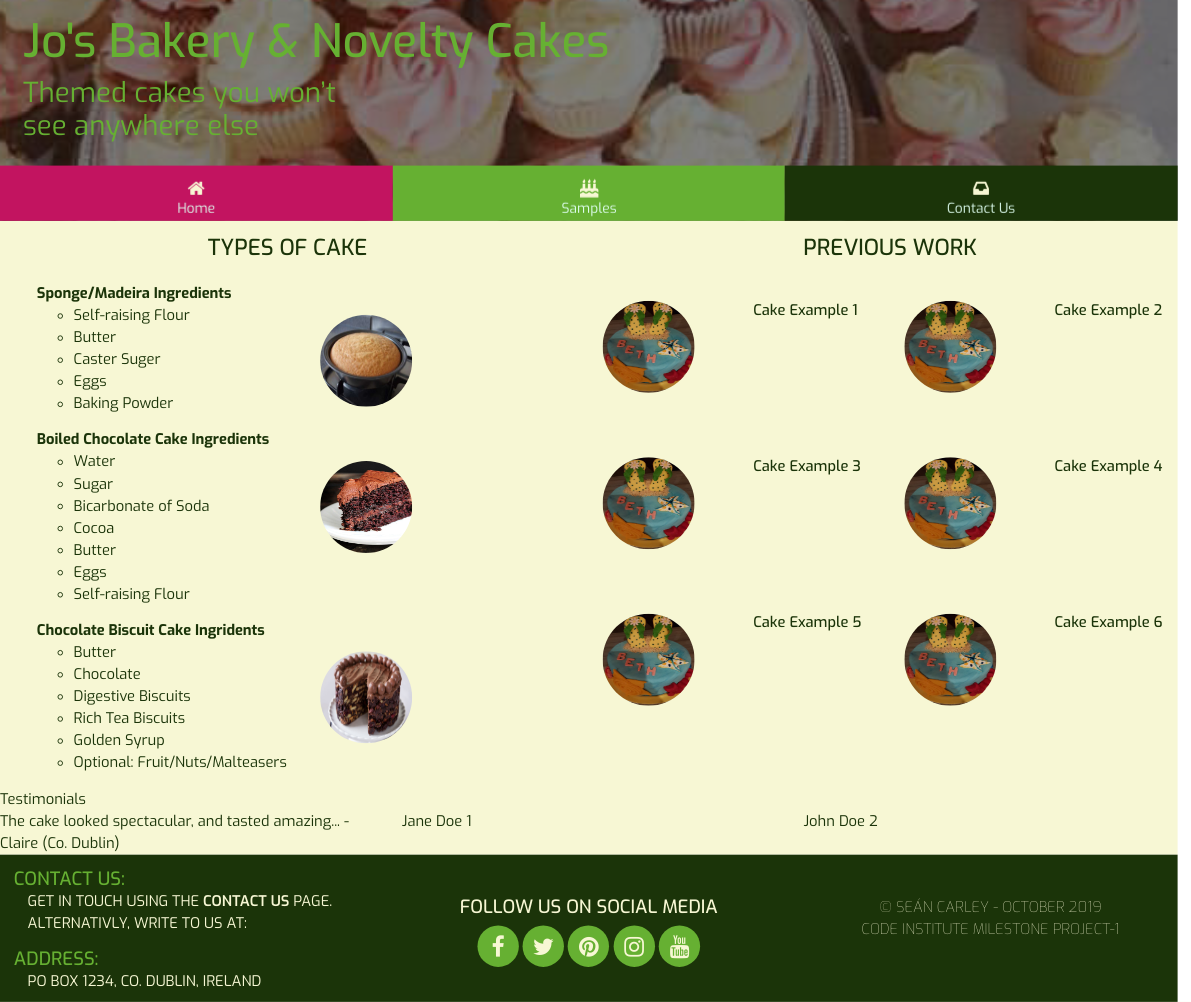
Repository: seanjcarley/Milestone1
Page: showcase.html
The author's editor kept a record of every edit. The page is drawn from the files as they stood at one moment, then again after the next edit.
The browser window is 1280 px wide. The page is 1295 px wide, so the pictures cover 1295 px, including what lies to the right of the window. The pictures show the whole page, at 92% of full size.

Above is the page before.
Console error: TypeError: Cannot read properties of undefined (reading 'fn')

### showcase.html
<!DOCTYPE html>
<html lang="en">

<head>
    <meta charset="UTF-8">
    <meta name="viewport" content="width=device-width, initial-scale=1.0 maximum-scale=1.0">
    <meta http-equiv="X-UA-Compatible" content="ie=edge">
    <link href="https://stackpath.bootstrapcdn.com/bootstrap/4.3.1/css/bootstrap.min.css" rel="stylesheet" integrity="sha384-ggOyR0iXCbMQv3Xipma34MD+dH/1fQ784/j6cY/iJTQUOhcWr7x9JvoRxT2MZw1T" crossorigin="anonymous">
    <script src="https://stackpath.bootstrapcdn.com/bootstrap/4.3.1/js/bootstrap.min.js" integrity="sha384-JjSmVgyd0p3pXB1rRibZUAYoIIy6OrQ6VrjIEaFf/nJGzIxFDsf4x0xIM+B07jRM" crossorigin="anonymous"></script>
    <script src="https://stackpath.bootstrapcdn.com/bootstrap/4.3.1/js/bootstrap.bundle.min.js" integrity="sha384-xrRywqdh3PHs8keKZN+8zzc5TX0GRTLCcmivcbNJWm2rs5C8PRhcEn3czEjhAO9o" crossorigin="anonymous"></script>
    <link href="https://stackpath.bootstrapcdn.com/font-awesome/4.7.0/css/font-awesome.min.css" rel="stylesheet" integrity="sha384-wvfXpqpZZVQGK6TAh5PVlGOfQNHSoD2xbE+QkPxCAFlNEevoEH3Sl0sibVcOQVnN" crossorigin="anonymous">
    <link rel="stylesheet" href="https://cdnjs.cloudflare.com/ajax/libs/hover.css/2.3.1/css/hover-min.css" type="text/css">
    <link rel="stylesheet" href="css/style.css">
    <title>Jo's Bakery and Novelty Cakes</title>
</head>

<body>
    <header class="container-fluid cake-image">
        <div class="opaque-overlay">&nbsp;</div>
        <div class="row no-gutters">
            <div class="col-12 page-header">
                <h1 class="name caps">Jo's Bakery & Novelty Cakes</h1>
                <h2 class="tag-line caps">Themed cakes you won’t<br/>see anywhere else</h2>
            </div>
        </div>
        <div class="row no-gutters">
            <div class="col">
                <ul id="nav" class="list-inline menucontainer">
                    <li class="col col-sm-4 menu-item-color-home list-inline-item menuitem">
                        <a class="hvr-sweep-to-right" href="index.html"><i class="fa fa-home" aria-hidden="true"></i><span>Home</span></a>
                    </li>
                    <li class="col col-sm-4 menu-item-color-samples list-inline-item menuitem">
                        <a class="hvr-sweep-to-right" href="showcase.html"><i class="fa fa-birthday-cake" aria-hidden="true"></i><span>Samples</span></a>
                    </li>
                    <li class="col col-sm-4 menu-item-color-contact list-inline-item menuitem">
                        <a class="hvr-sweep-to-right" href="contact.html"><i class="fa fa-inbox" aria-hidden="true"></i><span>Contact Us</span></a>
                    </li>
                </ul>
            </div>
        </div>
    </header>
    <section class="section-color">
        <div class="row">
            <div class="col-md-6 cake-types">
                <h4 class="types-header">Types of Cake</h4>
                <a href="#sponge" class="list-header mobile" data-toggle="modal">
                    Sponge/Madeira
                    <img src="images/sponge_maderia_cake.jpg" alt="Sponge-Cake" class="rounded-circle mr-3 mobile" height=100 width=100>
                </a>
                <a href="#boiled" class="list-header mobile" data-toggle="modal">
                    Boiled Chocolate Cake
                    <img src="images/boiled_choc_cake.jpg" alt="Boiled-Choc-Cake" class="rounded-circle mr-3 mobile" height=100 width=100>
                </a>
                <a href="#biscuit" class="list-header mobile" data-toggle="modal">
                    Chocolate Biscuit Cake
                    <img src="images/Choc_biscuit_cake.jpg" alt="Choc-Biscuit-Cake" class="rounded-circle mr-3 mobile" height=100 width=100>
                </a>
                <ul class="outer-list">
                    <li>
                        <div class="row list-row">
                            <div class="col-sm-6">
                                <a href="#sponge" class="list-header desktop" data-toggle="modal">Sponge/Madeira Ingredients</a>
                                <!--<button type="button" class="btn btn-primary" data-toggle="modal" data-target="#sponge">Sponge/Madeira Ingredients</button>-->
                                <ul class="desktop">
                                    <li>Self-raising Flour</li>
                                    <li>Butter</li>
                                    <li>Caster Suger</li>
                                    <li>Eggs</li>
                                    <li>Baking Powder</li>
                                </ul>
                            </div>
                            <div class="col-sm-6 type-image">
                                <img src="images/sponge_maderia_cake.jpg" alt="Sponge-Cake" class="rounded-circle mr-3 desktop" height=100 width=100>
                            </div>
                        </div>
                    </li>
                    <li>
                        <div class="row list-row">
                            <div class="col-sm-6">
                                <a href="#boiled" class="list-header desktop" data-toggle="modal">Boiled Chocolate Cake Ingredients</a>
                                <!--<button type="button" class="btn btn-secondary" data-toggle="modal" data-target="#boiled">Boiled Chocolate Cake Ingredients</button>-->
                                <ul class="desktop">
                                    <li>Water</li>
                                    <li>Sugar</li>
                                    <li>Bicarbonate of Soda</li>
                                    <li>Cocoa</li>
                                    <li>Butter</li>
                                    <li>Eggs</li>
                                    <li>Self-raising Flour</li>
                                </ul>
                            </div>
                            <div class="col-sm-6 type-image">
                                <img src="images/boiled_choc_cake.jpg" alt="Boiled-Choc-Cake" class="rounded-circle mr-3 desktop" height=100 width=100>
                            </div>
                        </div>
                    </li>
                    <li>
                        <div class="row list-row">
                            <div class="col-sm-6">
                                <a href="#biscuit" class="list-header desktop" data-toggle="modal">Chocolate Biscuit Cake Ingridents</a>
                                <!--<button type="button" class="btn btn-primary" data-toggle="modal" data-target="#biscuit">Chocolate Biscuit Cake Ingridents</button>-->
                                <ul class="desktop">
                                    <li>Butter</li>
                                    <li>Chocolate</li>
                                    <li>Digestive Biscuits</li>
                                    <li>Rich Tea Biscuits</li>
                                    <li>Golden Syrup</li>
                                    <li>Optional: Fruit/Nuts/Malteasers</li>
                                </ul>
                            </div>
                            <div class="col-sm-6 type-image">
                                <img src="images/Choc_biscuit_cake.jpg" alt="Choc-Biscuit-Cake" class="rounded-circle mr-3 desktop" height=100 width=100>
                            </div>
                        </div>
                    </li>
                </ul>
                </div>
                <div class="col-md-6 cake-images">
                    <div class="row">
                        <div class="col">
                            <!--Images-->
                            <h4 class="types-header">Previous Work</h4>
                        </div>
                    </div>
                    <div class="row cakes-prev">
                        <div class="col-md-3">
                            <img src="images/Kids-Bday-1.jpg" alt="Beach Cake" class="rounded-circle mr-3" height=100 width=100>
                        </div>
                        <div class="col-md-3">
                            <h6>Cake Example 1</h6>
                        </div>
                        <div class="col-md-3">
                            <img src="images/Kids-Bday-1.jpg" alt="Beach Cake" class="rounded-circle mr-3" height=100 width=100>
                        </div>
                        <div class="col-md-3">
                            <h6>Cake Example 2</h6>
                        </div>
                    </div>
                    <div class="row cakes-prev">
                        <div class="col-md-3">
                            <img src="images/Kids-Bday-1.jpg" alt="Beach Cake" class="rounded-circle mr-3" height=100 width=100>
                        </div>
                        <div class="col-md-3">
                            <h6>Cake Example 3</h6>
                        </div>
                        <div class="col-md-3">
                            <img src="images/Kids-Bday-1.jpg" alt="Beach Cake" class="rounded-circle mr-3" height=100 width=100>
                        </div>
                        <div class="col-md-3">
                            <h6>Cake Example 4</h6>
                        </div>
                    </div>
                    <div class="row cakes-prev">
                        <div class="col-md-3">
                            <img src="images/Kids-Bday-1.jpg" alt="Beach Cake" class="rounded-circle mr-3" height=100 width=100>
                        </div>
                        <div class="col-md-3">
                            <h6>Cake Example 5</h6>
                        </div>
                        <div class="col-md-3">
                            <img src="images/Kids-Bday-1.jpg" alt="Beach Cake" class="rounded-circle mr-3" height=100 width=100>
                        </div>
                        <div class="col-md-3">
                            <h6>Cake Example 6</h6>
                        </div>
                    </div>
                </div>
                </div>
                <div class="row">
                    <div class="col">Testimonials</div>
                </div>
                <div class="row">
                    <div class="col-md-4">
                        The cake looked spectacular, and tasted amazing... - Claire (Co. Dublin)
                    </div>
                    <div class="col-md-4">
                        Jane Doe 1
                    </div>
                    <div class="col-md-4">
                        John Doe 2
                    </div>
                </div>
    </section>
    <footer class="footer-color">
        <div class="row">
            <div class="col-md-4">
                <!--<h1>FOOTER1</h1>-->
                <h5 class="footer-h5 uppercase">Contact us: </h5>
                <p class="footer-text uppercase">Get in touch using the <a href="contact.html"><span class="bold">Contact us</span></a> page. Alternativly, write to us at:</p>
                <h5 class="footer-h5 uppercase">Address: </h5>
                <p class="footer-address uppercase">
                    PO Box 1234,
                    <!--<br/>-->
                    Co. Dublin,
                    <!--<br/>-->
                    Ireland
                </p>
            </div>
            <div class="col-md-4 social">
                <!--<h1>FOOTER2</h1>-->
                <h5 class="uppercase">Follow us on Social Media</h5>
                <ul class="list-inline social-icons">
                    <li class="list-inline-item socialitem">
                        <a target="_blank" href="#">
                            <i class="fa fa-facebook" aria-hidden="true"></i>
                            <span class="sr-only">Facebook</span> <!-- This will be read by a screen reader. It does not show on the page -->
                        </a>
                    </li>
                    <li class="list-inline-item socialitem">
                        <a target="_blank" href="#">
                            <i class="fa fa-twitter" aria-hidden="true"></i>
                            <span class="sr-only">Twitter</span> <!-- This will be read by a screen reader. It does not show on the page -->
                        </a>
                    </li>
                    <!--<li class="list-inline-item socialitem">
                        <a target="_blank" href="#">
                            <i class="fa fa-linkedin" aria-hidden="true"></i>
                            <span class="sr-only">LinkedIn</span>
                        </a>
                    </li>-->
                    <li class="list-inline-item socialitem">
                        <a target="_blank" href="#">
                            <i class="fa fa-pinterest" aria-hidden="true"></i>
                            <span class="sr-only">Pinterest</span> <!-- This will be read by a screen reader. It does not show on the page -->
                        </a>
                    </li>
                    <li class="list-inline-item socialitem">
                        <a target="_blank" href="#">
                            <i class="fa fa-instagram" aria-hidden="true"></i>
                            <span class="sr-only">Instagram</span> <!-- This will be read by a screen reader. It does not show on the page -->
                        </a>
                    </li>
                    <li class="list-inline-item socialitem">
                        <a target="_blank" href="#">
                            <i class="fa fa-youtube" aria-hidden="true"></i>
                            <span class="sr-only">YouTube</span> <!-- This will be read by a screen reader. It does not show on the page -->
                        </a>
                    </li>
                </ul>
            </div>
            <div class="col-md-4 copyrite uppercase">
                <!--<h1>FOOTER3</h1>-->
                &copy; Seán Carley - October 2019
                <br/> Code Institute Milestone Project-1
            </div>
        </div>
    </footer>
    <div class="modal" tabindex="-1" role="dialog" id="sponge">
        <div class="modal-dialog" role="document">
            <div class="modal-content">
                <div class="modal-header">
                    <h5 class="modal-title">Sponge/Madeira</h5>
                    <button type="button" class="close" data-dismiss="modal" aria-label="Close">
                        <span aria-hidden="true">&times;</span>
                    </button>
                </div>
                <div class="modal-body">
                    <ul class="mobile-modal">
                        <li>Self-raising Flour</li>
                        <li>Butter</li>
                        <li>Caster Suger</li>
                        <li>Eggs</li>
                        <li>Baking Powder</li>
                    </ul>
                    <ol>
                        <li>Preheat the oven to 180 degrees C / gas mark 4.</li>
                        <li>Measure all the ingredients into a large bowl.</li>
                        <li>Mix all of the ingredients using a electric whisk.</li>
                        <li>Pour the mixture into 2 non-stick 7 inch (18cm) tins.</li>
                        <li>Place them in the oven till golden brown 15-25 minutes.</li>
                        <li>Cool on a wire rack before serving.</li>
                    </ol>
                </div>
            </div>
        </div>
    </div>
    <div class="modal" tabindex="-1" role="dialog" id="boiled">
        <div class="modal-dialog" role="document">
            <div class="modal-content">
                <div class="modal-header">
                    <h5 class="modal-title">Boiled Chocolate Cake</h5>
                    <button type="button" class="close" data-dismiss="modal" aria-label="Close">
                        <span aria-hidden="true">&times;</span>
                    </button>
                </div>
                <div class="modal-body">
                    <ul class="mobile-modal">
                        <li>Water</li>
                        <li>Sugar</li>
                        <li>Bicarbonate of Soda</li>
                        <li>Cocoa</li>
                        <li>Butter</li>
                        <li>Eggs</li>
                        <li>Self-raising Flour</li>
                    </ul>
                    <ol>
                        <li>Place first five ingredients into a large saucepan.</li>
                        <li>Bring to the boil and simmer for 3 minutes.</li>
                        <li>Allow to cool slightly.</li>
                        <li>Add eggs and flour, and stir well.</li>
                        <li>Pour into a greased 20 cm cake pan.</li>
                        <li>Bake at 180C for 50 minutes.</li>
                        <li>Ice when cool if desired.</li>
                    </ol>
                </div>
            </div>
        </div>
    </div>
    <div class="modal bd-example-modal-sm" tabindex="-1" role="dialog" id="biscuit">
        <div class="modal-dialog" role="document">
            <div class="modal-content">
                <div class="modal-header">
                    <h5 class="modal-title">Chocolate Biscuit Cake</h5>
                    <button type="button" class="close" data-dismiss="modal" aria-label="Close">
                        <span aria-hidden="true">&times;</span>
                    </button>
                </div>
                <div class="modal-body">
                    <ul class="mobile-modal">
                        <li>Butter</li>
                        <li>Chocolate</li>
                        <li>Digestive Biscuits</li>
                        <li>Rich Tea Biscuits</li>
                        <li>Golden Syrup</li>
                        <li>Optional: Fruit/Nuts/Malteasers</li>
                    </ul>
                    <ol>
                        <li>Line a 15cms/6" round cake tin or a 2lb loaf tin with a double layer of greaseproof paper.</li>
                        <li>Melt the butter, syrup and chocolate in a pan over a low heat. Stir to make sure all the ingredients are well mixed together.</li>
                        <li>Add the biscuits, maltesers and fruit and nuts, if used. Stir well.</li>
                        <li>Transfer to prepared tin. Level it on top and press down well to avoid air gaps. Allow to get cold and hard. Wrap completely in greaseproof paper and store in a fridge.</li>
                    </ol>
                </div>
            </div>
        </div>
    </div>
    <script src="https://code.jquery.com/jquery-3.3.1.slim.min.js" integrity="sha384-q8i/X+965DzO0rT7abK41JStQIAqVgRVzpbzo5smXKp4YfRvH+8abtTE1Pi6jizo" crossorigin="anonymous"></script>
    <script src="https://cdnjs.cloudflare.com/ajax/libs/popper.js/1.14.7/umd/popper.min.js" integrity="sha384-UO2eT0CpHqdSJQ6hJty5KVphtPhzWj9WO1clHTMGa3JDZwrnQq4sF86dIHNDz0W1" crossorigin="anonymous"></script>
    <script src="https://stackpath.bootstrapcdn.com/bootstrap/4.3.1/js/bootstrap.min.js" integrity="sha384-JjSmVgyd0p3pXB1rRibZUAYoIIy6OrQ6VrjIEaFf/nJGzIxFDsf4x0xIM+B07jRM" crossorigin="anonymous"></script>
</body>

</html>

Loaded but not shown: css/style.css (462 lines, source omitted)

After the next edit:
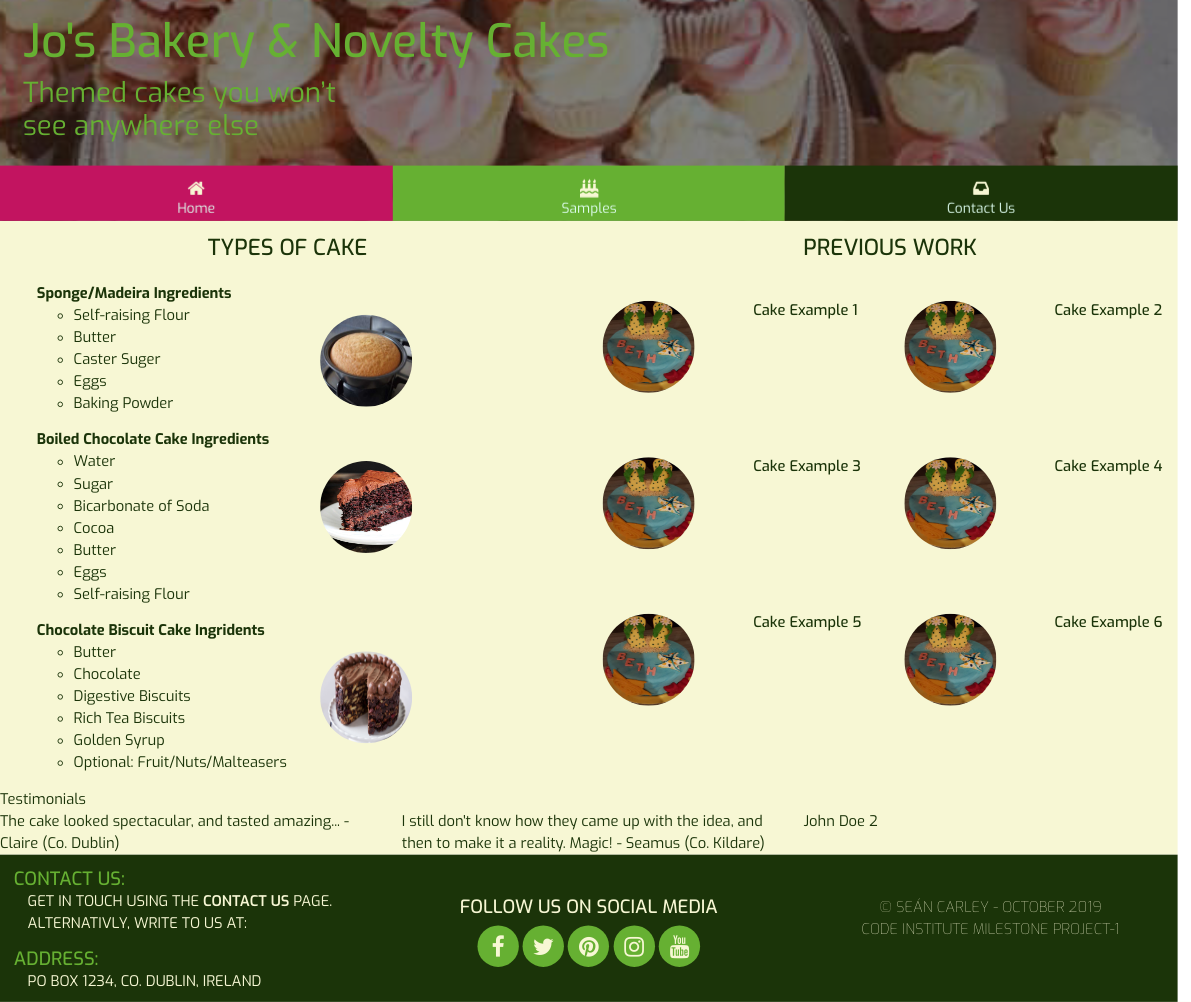
The edit:
--- a/showcase.html
+++ b/showcase.html
@@ -174,7 +174,7 @@
                         The cake looked spectacular, and tasted amazing... - Claire (Co. Dublin)
                     </div>
                     <div class="col-md-4">
-                        Jane Doe 1
+                        I still don't know how they came up with the idea, and then to make it a reality. Magic! - Seamus (Co. Kildare)
                     </div>
                     <div class="col-md-4">
                         John Doe 2
